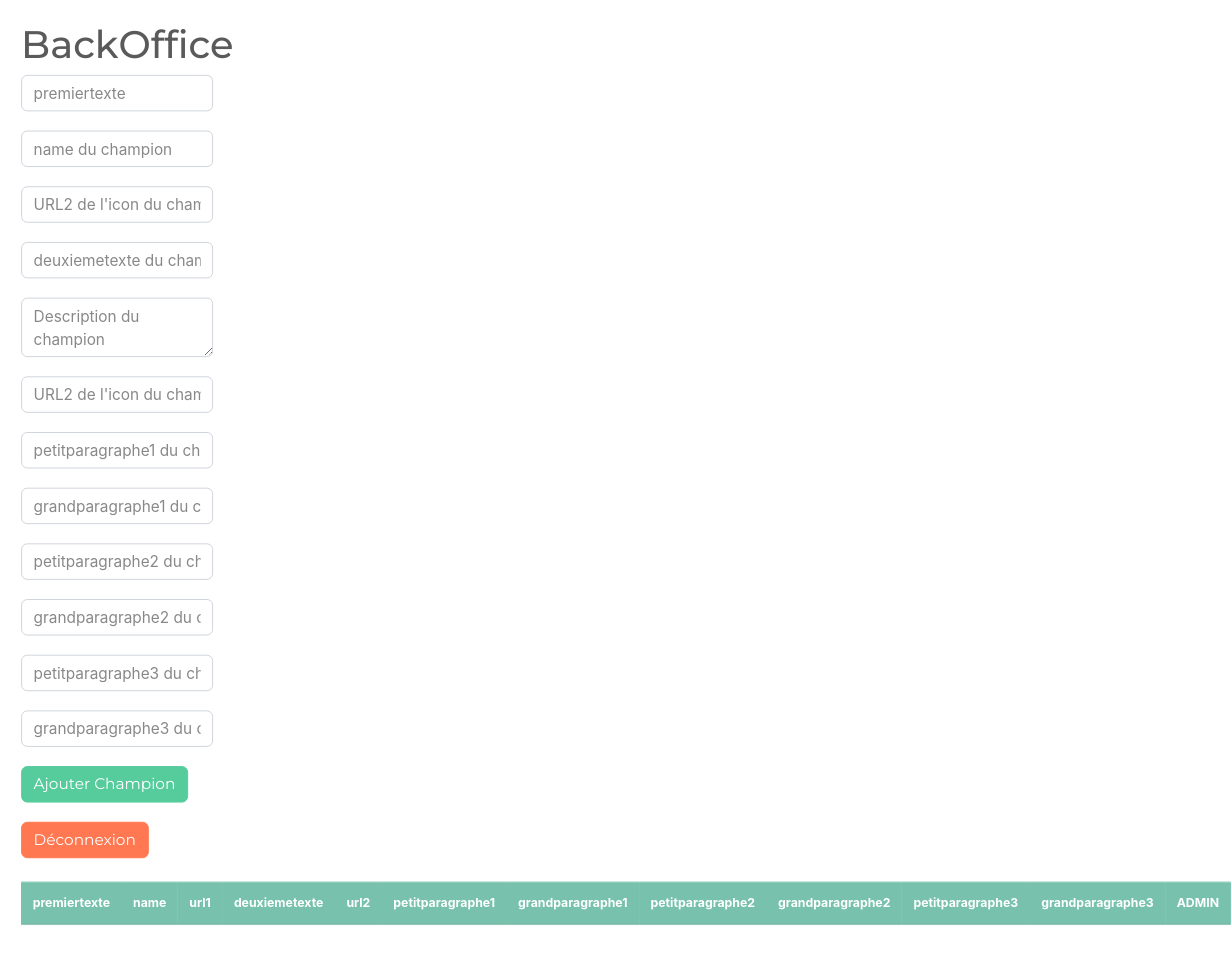
Repository: AdilGHAZAL/MosaiqueWebdoc
Page: /backoffice
An editor plug-in stored every save of this project. The page is shown before and after the next save, followed by the edit.
The browser window is 1280 px wide. The page is 1282 px wide, so the pictures cover 1282 px, including what lies to the right of the window. The pictures show the whole page, at 96% of full size.
The page's requests for data from a server got no answer. Some web fonts or font styles are not loaded; a fallback is used. Some web libraries are served in a nearby version. The project was rebuilt for these pictures with package versions that can differ from the ones it lists, and the page was loaded fresh each time. No one was signed in, and anything a server would have sent is missing. Also part of the build but not shown: vite.config.js, src/App.css, src/components/Navbar.css, src/components/Navbar.jsx, src/components/Athletes.css, src/components/Athletes.jsx, src/components/Athletes2.jsx, src/components/Athletes3.jsx and 18 more.

Above is the page before, as saved 2024-05-02 19:05:37.

### index.html
<!doctype html>
<html lang="en">
  <head>
    <meta charset="UTF-8" />
    <link rel="icon" type="image/svg+xml" href="./src/logos/logoMosaique.svg" />
    <meta name="viewport" content="width=device-width, initial-scale=1.0" />
    <title>Mosaique</title>
    <link rel="preconnect" href="https://fonts.googleapis.com">
<link rel="preconnect" href="https://fonts.gstatic.com" crossorigin>
<link href="https://fonts.googleapis.com/css2?family=Mina:wght@400;700&display=swap" rel="stylesheet">
<link rel="stylesheet" href="https://cdn.jsdelivr.net/npm/bootswatch@4.5.2/dist/minty/bootstrap.min.css">
  </head>
  <body>
    <div id="root"></div>
    <script type="module" src="/src/main.jsx"></script>
  </body>
</html>

### src/App.jsx
// App.jsx
import React from 'react';
import { BrowserRouter as Router, Routes, Route} from 'react-router-dom';
import './App.css'; // Import the CSS file
import HomePage from './components/HomePage';
import Athlete1 from './Athelete1/Athlete1'; // Import the NouvellePage component
import LoginScreen from './LoginScreen';
import MainView from './backoffice';
import TrainingPage from './TrainingPage';
const App = () => {
    return (
        <Router>

                <Routes>
                    <Route path="/" element={<HomePage/>} />
                    <Route path="/Athlete1" element={<Athlete1/>} />
                    <Route path="/login" element={<LoginScreen/>  }/>
                    <Route path='/backoffice'element={<MainView/>}/>
                </Routes>

        </Router>
    );
};

export default App;

### src/index.css
:root {
  --rose: #E9257F

}

### src/backoffice.jsx
import React, { useState, useEffect } from 'react';
import { getFirestore, collection, addDoc, getDocs, deleteDoc, doc, updateDoc } from "firebase/firestore";
import { getAuth, signOut } from "firebase/auth";
import "./firebaseConfig"

export default function MainView() {
  const [champions, setChampions] = useState([]);
  const [championData, setChampionData] = useState({
    premiertexte: '',
    name: '',
    url1: '',
    deuxiemetexte: '',
    url2: '',
    petitparagraphe1: '',
    grandparagraphe1: '',
    petitparagraphe2: '',
    grandparagraphe2: '',
    petitparagraphe3: '',
    grandparagraphe3: '',
  });
  const [editingChampionId, setEditingChampionId] = useState(null);
  const auth = getAuth();
  const firestore = getFirestore();

  useEffect(() => {
    const fetchChampions = async () => {
      const championsSnapshot = await getDocs(collection(firestore, "champions"));
      const championsData = championsSnapshot.docs.map(doc => ({ id: doc.id, ...doc.data() }));
      setChampions(championsData);
    };

    fetchChampions();
  }, [firestore]);

  const handleInputChange = (e) => {
    const { name, value } = e.target;
    setChampionData({ ...championData, [name]: value });
  };

  const handleAddChampion = async (e) => {
    e.preventDefault();
    try {
      await addDoc(collection(firestore, "champions"), championData);
      console.log("Champion ajouté avec succès");
      // Réinitialiser les données du champion après l'ajout réussi
      setChampionData({
        premiertexte: '',
    name: '',
    url1: '',
    deuxiemetexte: '',
    url2: '',
    petitparagraphe1: '',
    grandparagraphe1: '',
    petitparagraphe2: '',
    grandparagraphe2: '',
    petitparagraphe3: '',
    grandparagraphe3: '',
      });
    } catch (error) {
      console.error("Erreur lors de l'ajout du champion :", error);
    }
  };


  const handleEditChampion = (champion) => {
    setEditingChampionId(champion.id);
    setChampionData({
        premiertexte: champion.premiertexte,
    name: champion.name,
    url1: champion.url1,
    deuxiemetexte: champion.deuxiemetexte,
    url2: champion.url2,
    petitparagraphe1: champion.petitparagraphe1,
    grandparagraphe1: champion.grandparagraphe1,
    petitparagraphe2: champion.petitparagraphe2,
    grandparagraphe2: champion.grandparagraphe2,
    petitparagraphe3: champion.petitparagraphe3,
    grandparagraphe3: champion.grandparagraphe3,
    });
  };

  const handleUpdateChampion = async () => {
    try {
      await updateDoc(doc(firestore, "champions", editingChampionId), {
        premiertexte: championData.premiertexte,
    name: championData.name,
    url1: championData.url1,
    deuxiemetexte: championData.deuxiemetexte,
    url2: championData.url2,
    petitparagraphe1: championData.petitparagraphe1,
    grandparagraphe1: championData.grandparagraphe1,
    petitparagraphe2: championData.petitparagraphe2,
    grandparagraphe2: championData.grandparagraphe2,
    petitparagraphe3: championData.petitparagraphe3,
    grandparagraphe3: championData.grandparagraphe3,
      });
      console.log("Champion mis à jour avec succès");
      // Mettre à jour le tableau des champions après la mise à jour
      const updatedChampions = champions.map(champion => {
        if (champion.id === editingChampionId) {
          return {
            ...champion,
            premiertexte: championData.premiertexte,
    name: championData.name,
    url1: championData.url1,
    deuxiemetexte: championData.deuxiemetexte,
    url2: championData.url2,
    petitparagraphe1: championData.petitparagraphe1,
    grandparagraphe1: championData.grandparagraphe1,
    petitparagraphe2: championData.petitparagraphe2,
    grandparagraphe2: championData.grandparagraphe2,
    petitparagraphe3: championData.petitparagraphe3,
    grandparagraphe3: championData.grandparagraphe3,
          };
        }
        return champion;
      });
      setChampions(updatedChampions);
      // Réinitialiser les données du champion après la mise à jour réussie
      setChampionData({
        premiertexte: '',
    name: '',
    url1: '',
    deuxiemetexte: '',
    url2: '',
    petitparagraphe1: '',
    grandparagraphe1: '',
    petitparagraphe2: '',
    grandparagraphe2: '',
    petitparagraphe3: '',
    grandparagraphe3: '',
      });
      setEditingChampionId(null);
    } catch (error) {
      console.error("Erreur lors de la mise à jour du champion :", error);
    }
  };

  const handleDeleteChampion = async (id) => {
    try {
      await deleteDoc(doc(firestore, "champions", id));
      console.log("Champion supprimé avec succès");
      // Mettre à jour la liste des champions après la suppression
      setChampions(champions.filter(champion => champion.id !== id));
    } catch (error) {
      console.error("Erreur lors de la suppression du champion :", error);
    }
  };

  const handleSignOut = () => {
    signOut(auth)
      .then(() => {
        console.log("Déconnexion réussie");
        // Naviguer vers la pweight de connexion après la déconnexion
      })
      .catch((error) => {
        console.error("Erreur lors de la déconnexion :", error);
      });
  };

  return (
    <>
    <div style={{width:'100vw', padding:"22px"}}>
      <h1>BackOffice</h1>
      <form style={{marginBottom:"20px", width:"200px"}} onSubmit={editingChampionId ? handleUpdateChampion : handleAddChampion}>
        <input style={{marginBottom:"20px", width:"200px"}} className='form-control' type="text" name="premiertexte" value={championData.premiertexte} onChange={handleInputChange} placeholder="premiertexte" required />
        <input style={{marginBottom:"20px", width:"200px"}} className='form-control' type="text" name="name" value={championData.name} onChange={handleInputChange} placeholder="name du champion" required />
        <input style={{marginBottom:"20px", width:"200px"}} className='form-control' type="url" name="url1" value={championData.url1} onChange={handleInputChange} placeholder="URL2 de l'icon du champion" required />
        <input style={{marginBottom:"20px", width:"200px"}} className='form-control' type="text" name="deuxiemetexte" value={championData.deuxiemetexte} onChange={handleInputChange} placeholder="deuxiemetexte du champion" required />
        <textarea style={{marginBottom:"20px", width:"200px"}} className='form-control' name="description" value={championData.description} onChange={handleInputChange} placeholder="Description du champion" required />
        <input style={{marginBottom:"20px", width:"200px"}} className='form-control' type="url" name="url2" value={championData.url2} onChange={handleInputChange} placeholder="URL2 de l'icon du champion" />
        <input style={{marginBottom:"20px", width:"200px"}} className='form-control' type="text" name="petitparagraphe1" value={championData.petitparagraphe1} onChange={handleInputChange} placeholder="petitparagraphe1 du champion" required />
        <input style={{marginBottom:"20px", width:"200px"}} className='form-control' type="text" name="grandparagraphe1" value={championData.grandparagraphe1} onChange={handleInputChange} placeholder="grandparagraphe1 du champion" required />
        <input style={{marginBottom:"20px", width:"200px"}} className='form-control' type="text" name="petitparagraphe2" value={championData.petitparagraphe2} onChange={handleInputChange} placeholder="petitparagraphe2 du champion" required />
        <input style={{marginBottom:"20px", width:"200px"}} className='form-control' type="text" name="grandparagraphe2" value={championData.grandparagraphe2} onChange={handleInputChange} placeholder="grandparagraphe2 du champion" required />
        <input style={{marginBottom:"20px", width:"200px"}} className='form-control' type="text" name="petitparagraphe3" value={championData.petitparagraphe3} onChange={handleInputChange} placeholder="petitparagraphe3 du champion" required />
        <input style={{marginBottom:"20px", width:"200px"}} className='form-control' type="text" name="grandparagraphe3" value={championData.grandparagraphe3} onChange={handleInputChange} placeholder="grandparagraphe3 du champion" required />
        <button className='btn btn-success' type="submit">{editingChampionId ? "Mettre à jour Champion" : "Ajouter Champion"}</button>
      </form>
      <button className='btn btn-danger' title='Déconnexion' onClick={handleSignOut}>Déconnexion</button>

      <table className='table table-hover mt-4' style={{fontSize:'0.8rem'}}>
        <thead>
          <tr className='table-primary'>
          <th scope='col'>premiertexte</th>
            <th scope='col'>name</th>
            <th scope='col'>url1</th>
            <th scope='col'>deuxiemetexte</th>
            <th scope='col'>url2</th>
            <th scope='col'>petitparagraphe1</th>
            <th scope='col'>grandparagraphe1</th>
            <th scope='col'>petitparagraphe2</th>
            <th scope='col'>grandparagraphe2</th>
            <th scope='col'>petitparagraphe3</th>
            <th scope='col'>grandparagraphe3</th>
            <th>ADMIN</th>
          </tr>
        </thead>
        <tbody>
          {champions.map((champion) => (
            <tr key={champion.id}>
              <td>{champion.premiertexte}</td>
              <td>{champion.name}</td>
              <td>{champion.url1}</td>
              <td>{champion.deuxiemetexte}</td>
              <td>{champion.url2}</td>
              <td>{champion.petitparagraphe1}</td>
              <td>{champion.grandparagraphe1}</td>
              <td>{champion.petitparagraphe2}</td>
              <td>{champion.grandparagraphe2}</td>
              <td>{champion.petitparagraphe3}</td>
              <td>{champion.grandparagraphe3}</td>
              <td>
                <button className='btn btn-danger' onClick={() => handleDeleteChampion(champion.id)}>Supprimer</button>
                <button className='btn btn-warning' onClick={() => handleEditChampion(champion)}>Modifier</button>
              </td>
            </tr>
          ))}
        </tbody>
      </table>
      </div>
    </>
  );
}

### src/components/HomePage.css
/* App.css */
body {
    margin: 0;
    background-color: #ffffff;
    color: #000000;
    display: flex;
    flex-direction: column;
    align-items: center;
    justify-content: center;
    min-height: 100vh;

  }

  .app-container {
      font-family: "SF Pro Display-Medium", Helvetica;
    width: 100vw;
    height: 100%;
    min-height: 100vh;
    /*  background-image: url('./assets/ub1.png');*/
    display: flex;
    flex-direction: column;
    margin: auto;
    background-color: #ffffff;
  }

  .main-title {
    font-family: 'SF Pro Display', sans-serif;
    font-size: 70px;
    font-weight: 500;
    line-height: 83.54px;
    text-align: center;
    margin-top: 100px;
  }

  .bold-text {
    font-weight: 700;
  }

  .content {
    padding: 20px;
    width: 100%;
    max-width: 1200px;
    margin: auto;

  }

  .UBimage {
    width: auto;
  }

  .bottom-text {
    font-size: 18px;
    text-align: center;
    margin-top: 30px;
  }
  .scroll-reveal > * {
    /* text-align: justify; */
    display: inline;
    color:hsl(0deg 22.14% 64.8% / 20%);
    font-size: 60px;
    font-weight: 500;
    background-clip: text;
    background-repeat: no-repeat;
    background-size: 0% 100%;
    background-image: linear-gradient( #E9257F, #ce1f71 );
    animation: scroll-reveal linear forwards;
    animation-timeline: view();
  }

  .scroll-text {

    text-align: justify;
  }
  @keyframes scroll-reveal {
    to {
      background-size: 100% 100%;
    }
  }
  .scroll-reveal p {
    /* font-family: SF Pro Display; */


  }

  .scrollPhotos {
    display: flex;
    justify-content: flex-start; /* Align photos to the maximum left */
    width: 100%;
    overflow-x: auto; /* Enable horizontal scrolling if photos exceed container width */
    padding: 20px 0; /* Optional padding */
  }

### src/firebaseConfig.jsx
// Import the functions you need from the SDKs you need
import { initializeApp } from "firebase/app";
import { getAuth } from "firebase/auth";
import { getFirestore } from "firebase/firestore";
// TODO: Add SDKs for Firebase products that you want to use
// https://firebase.google.com/docs/web/setup#available-libraries

// Your web app's Firebase configuration
const firebaseConfig = {
  apiKey: "AIzaSyAUMnE3uMe61y8NbS4tX2Nn4PoW8VoGS0U",
  authDomain: "webdoc-a4a03.firebaseapp.com",
  projectId: "webdoc-a4a03",
  storageBucket: "webdoc-a4a03.appspot.com",
  messagingSenderId: "931293814028",
  appId: "1:931293814028:web:5bc01cfec675ae5bf27d29"
};

// Initialize Firebase
export const FIREBASE_APP = initializeApp(firebaseConfig);
export const FIREBASE_AUTH=getAuth(FIREBASE_APP)
export const db=getFirestore(FIREBASE_APP)

Loaded but not shown: src/main.jsx (common file)

After the next save:
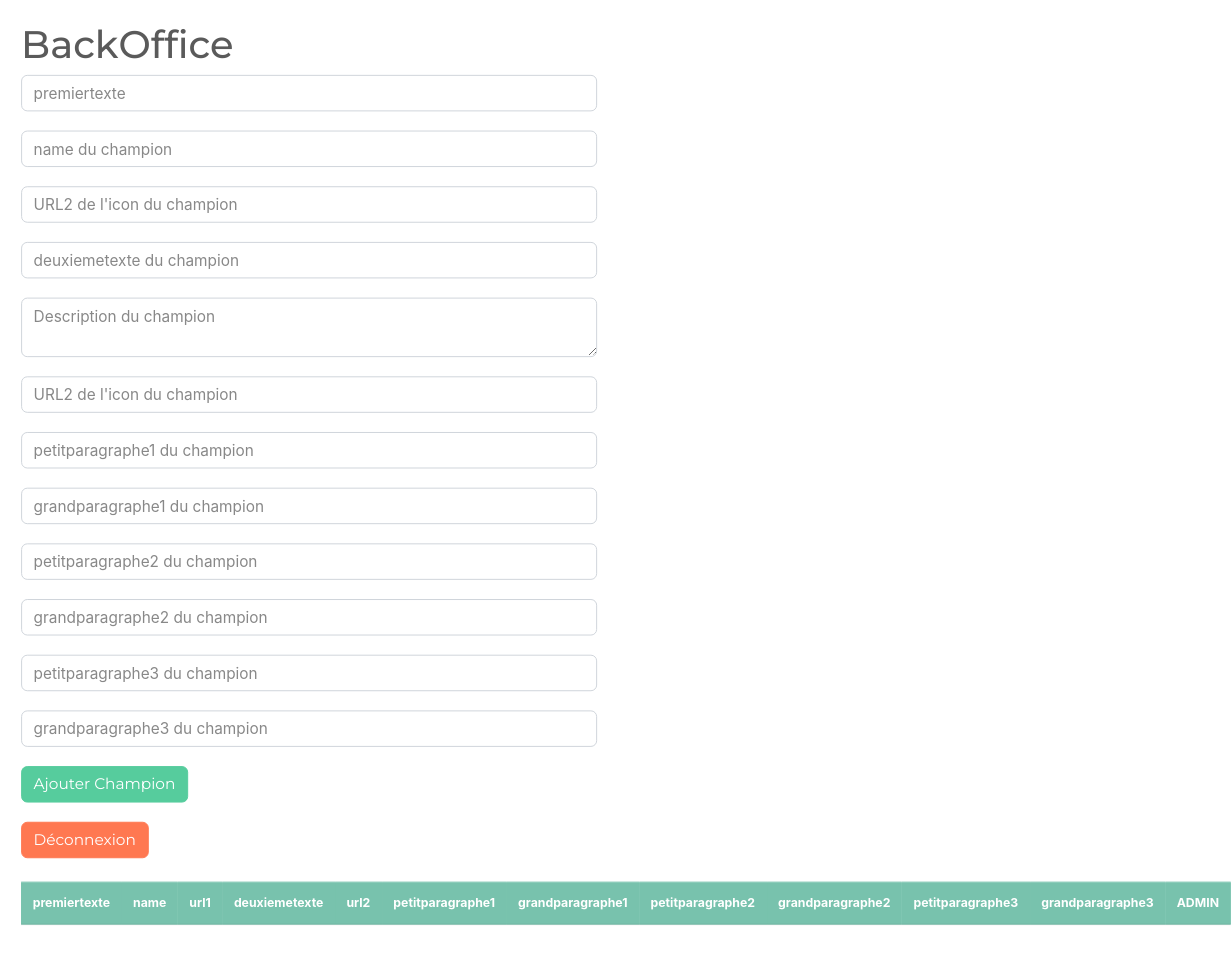
Saved 15 s later.
--- a/src/backoffice.jsx
+++ b/src/backoffice.jsx
@@ -162,19 +162,19 @@ export default function MainView() {
     <>
     <div style={{width:'100vw', padding:"22px"}}>
       <h1>BackOffice</h1>
-      <form style={{marginBottom:"20px", width:"200px"}} onSubmit={editingChampionId ? handleUpdateChampion : handleAddChampion}>
-        <input style={{marginBottom:"20px", width:"200px"}} className='form-control' type="text" name="premiertexte" value={championData.premiertexte} onChange={handleInputChange} placeholder="premiertexte" required />
-        <input style={{marginBottom:"20px", width:"200px"}} className='form-control' type="text" name="name" value={championData.name} onChange={handleInputChange} placeholder="name du champion" required />
-        <input style={{marginBottom:"20px", width:"200px"}} className='form-control' type="url" name="url1" value={championData.url1} onChange={handleInputChange} placeholder="URL2 de l'icon du champion" required />
-        <input style={{marginBottom:"20px", width:"200px"}} className='form-control' type="text" name="deuxiemetexte" value={championData.deuxiemetexte} onChange={handleInputChange} placeholder="deuxiemetexte du champion" required />
-        <textarea style={{marginBottom:"20px", width:"200px"}} className='form-control' name="description" value={championData.description} onChange={handleInputChange} placeholder="Description du champion" required />
-        <input style={{marginBottom:"20px", width:"200px"}} className='form-control' type="url" name="url2" value={championData.url2} onChange={handleInputChange} placeholder="URL2 de l'icon du champion" />
-        <input style={{marginBottom:"20px", width:"200px"}} className='form-control' type="text" name="petitparagraphe1" value={championData.petitparagraphe1} onChange={handleInputChange} placeholder="petitparagraphe1 du champion" required />
-        <input style={{marginBottom:"20px", width:"200px"}} className='form-control' type="text" name="grandparagraphe1" value={championData.grandparagraphe1} onChange={handleInputChange} placeholder="grandparagraphe1 du champion" required />
-        <input style={{marginBottom:"20px", width:"200px"}} className='form-control' type="text" name="petitparagraphe2" value={championData.petitparagraphe2} onChange={handleInputChange} placeholder="petitparagraphe2 du champion" required />
-        <input style={{marginBottom:"20px", width:"200px"}} className='form-control' type="text" name="grandparagraphe2" value={championData.grandparagraphe2} onChange={handleInputChange} placeholder="grandparagraphe2 du champion" required />
-        <input style={{marginBottom:"20px", width:"200px"}} className='form-control' type="text" name="petitparagraphe3" value={championData.petitparagraphe3} onChange={handleInputChange} placeholder="petitparagraphe3 du champion" required />
-        <input style={{marginBottom:"20px", width:"200px"}} className='form-control' type="text" name="grandparagraphe3" value={championData.grandparagraphe3} onChange={handleInputChange} placeholder="grandparagraphe3 du champion" required />
+      <form style={{marginBottom:"20px", width:"600px"}} onSubmit={editingChampionId ? handleUpdateChampion : handleAddChampion}>
+        <input style={{marginBottom:"20px", width:"600px"}} className='form-control' type="text" name="premiertexte" value={championData.premiertexte} onChange={handleInputChange} placeholder="premiertexte" required />
+        <input style={{marginBottom:"20px", width:"600px"}} className='form-control' type="text" name="name" value={championData.name} onChange={handleInputChange} placeholder="name du champion" required />
+        <input style={{marginBottom:"20px", width:"600px"}} className='form-control' type="url" name="url1" value={championData.url1} onChange={handleInputChange} placeholder="URL2 de l'icon du champion" required />
+        <input style={{marginBottom:"20px", width:"600px"}} className='form-control' type="text" name="deuxiemetexte" value={championData.deuxiemetexte} onChange={handleInputChange} placeholder="deuxiemetexte du champion" required />
+        <textarea style={{marginBottom:"20px", width:"600px"}} className='form-control' name="description" value={championData.description} onChange={handleInputChange} placeholder="Description du champion" required />
+        <input style={{marginBottom:"20px", width:"600px"}} className='form-control' type="url" name="url2" value={championData.url2} onChange={handleInputChange} placeholder="URL2 de l'icon du champion" />
+        <input style={{marginBottom:"20px", width:"600px"}} className='form-control' type="text" name="petitparagraphe1" value={championData.petitparagraphe1} onChange={handleInputChange} placeholder="petitparagraphe1 du champion" required />
+        <input style={{marginBottom:"20px", width:"600px"}} className='form-control' type="text" name="grandparagraphe1" value={championData.grandparagraphe1} onChange={handleInputChange} placeholder="grandparagraphe1 du champion" required />
+        <input style={{marginBottom:"20px", width:"600px"}} className='form-control' type="text" name="petitparagraphe2" value={championData.petitparagraphe2} onChange={handleInputChange} placeholder="petitparagraphe2 du champion" required />
+        <input style={{marginBottom:"20px", width:"600px"}} className='form-control' type="text" name="grandparagraphe2" value={championData.grandparagraphe2} onChange={handleInputChange} placeholder="grandparagraphe2 du champion" required />
+        <input style={{marginBottom:"20px", width:"600px"}} className='form-control' type="text" name="petitparagraphe3" value={championData.petitparagraphe3} onChange={handleInputChange} placeholder="petitparagraphe3 du champion" required />
+        <input style={{marginBottom:"20px", width:"600px"}} className='form-control' type="text" name="grandparagraphe3" value={championData.grandparagraphe3} onChange={handleInputChange} placeholder="grandparagraphe3 du champion" required />
         <button className='btn btn-success' type="submit">{editingChampionId ? "Mettre à jour Champion" : "Ajouter Champion"}</button>
       </form>
       <button className='btn btn-danger' title='Déconnexion' onClick={handleSignOut}>Déconnexion</button>
